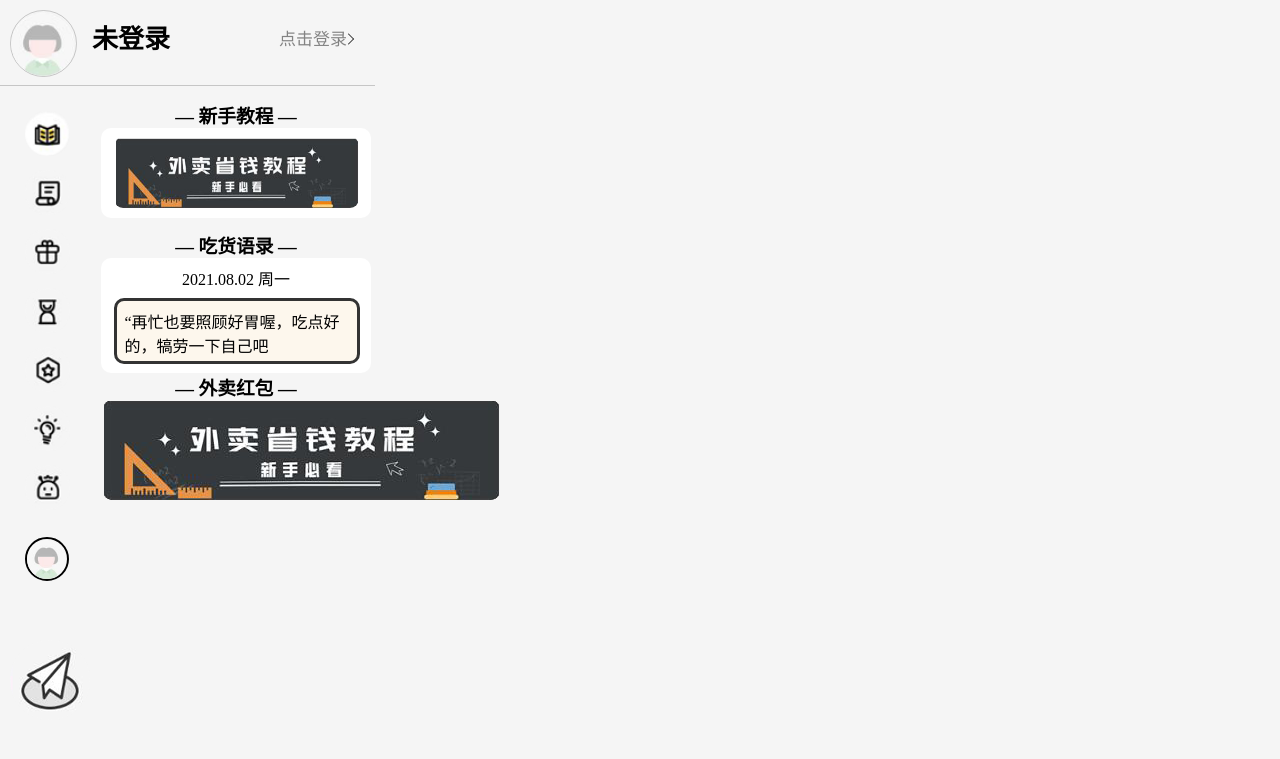
Repository: Privatexiao/projects
Page: Takeout assistant/index.html
These files come from the project's save history. The page is drawn as it stood at one moment and after the next save; the edit follows.
The browser window is 1280 px wide. The pictures show the whole page.

Above is the page before, as saved 2021-08-02 17:22:07.

### Takeout assistant/index.html
<!DOCTYPE html>
<html lang="en">
<head>
    <meta charset="UTF-8">
    <meta http-equiv="X-UA-Compatible" content="IE=edge">
    <meta name="viewport" content="width=device-width, initial-scale=1.0">
    <script src="js/vue.js" type="text/javascript"></script>
    <script src="js/require.js" type="text/javascript"></script>
    <link href="css/index.css"  rel="stylesheet" type="text/css">
    <title>Document</title>
</head>
<body>
    <div id="app">
        <div class="bar">
            <div class="HeadPortrait"><a href="javaScript:"><img :src="userInfo.avatar"></div><span class="NoHeadPortrait">{{NoHeadPortrait}}</span></a>
            <div class="TheLogin">
                <a href="javaScript:">{{HeadPortrait}}<img src="img/Put It away.png"></a>
            </div>
        </div>
        <div class="LeftBar">
            <ul>
                <!-- <li v-for="(item, index) of list"
                    :key="index"
                    :class="{active:index == num}"
                    @click="addClassName(index)"
        >

        <img v-show="num!=index" :class="item.icon" src="img/新手教程.png"></img>
        <img v-show="num==index" :class="item.active" src="img/新手教程two.png"></img>

        <img v-show="num!=index" :class="item.icon" src="img/吃货语录.png"></img>
        <img v-show="num==index" :class="item.active" src="img/吃货语录two.png"></img>

        <img v-show="num!=index" :class="item.icon" src="img/外卖红包.png"></img>
        <img v-show="num==index" :class="item.active" src="img/外卖红包two.png"></img>

        <img v-show="num!=index" :class="item.icon" src="img/饭补活动.png"></img>
        <img v-show="num==index" :class="item.active" src="img/饭补活动two.png"></img>

        <img v-show="num!=index" :class="item.icon" src="img/大作战.png"></img>
        <img v-show="num==index" :class="item.active" src="img/大作战two.png"></img>

        <img v-show="num!=index" :class="item.icon" src="img/今天吃什么.png"></img>
        <img v-show="num==index" :class="item.active" src="img/今天吃什么two.png"></img>

                </li> -->
                <li><a href="#top1"><img src="img/新手教程two.png"></a></li>
                <li><a href="#top2"><img src="img/吃货语录.png"></a></li>
                <li><a href="#top3"><img src="img/外卖红包.png"></a></li>
                <li><a href="#top4"><img src="img/饭补活动.png"></a></li>
                <li><a href="#top5"><img src="img/大作战.png"></a></li>
                <li><a href="#top6"><img src="img/今天吃什么.png"></a></li>
                <li><a href="#top7"><img src="img/客服微信.png"></a></li>
                <li class="fot1"><a href="#top8"><img src="img/头像.png"></a></li>
                <li class="fot2"><a href="#top9"><img src="img/小飞机.png"></a></li>
            </ul>
        </div>

        <div class="TheTutorial"><a name="top1">
            <h3>—&nbsp;新手教程&nbsp;—</h3>
            <div class="xsjc_bj"><img src="img/新手教程nr.png"></div>
        </a></div>

        <div class="VersionQuotation"><a name="top2">
            <h3>—&nbsp;吃货语录&nbsp;—</h3>
            <div class="chyl_bj">
                <p>2021.08.02&nbsp;周一</p>
                <div class="chyl_nr">
                    <p>“再忙也要照顾好胃喔，吃点好的，犒劳一下自己吧</p>
                </div>
        </a></div>

        <div class="take_out"><a name="top3">
            <h3>—&nbsp;外卖红包&nbsp;—</h3>
            <div class="wmhb_bj">
                <img src="img/新手教程nr.png"></div>
        </a></div>
    </div>



    <script>
        let app = new Vue({
            el:'#app',
            data:{
                NoHeadPortrait:"未登录",
                HeadPortrait:"点击登录",
                userInfo:{
                    avatar:'img/头像.png'
                },

    //     list: [
    //     {
    //       icon: "iconfont icon-wode",  //原始显示的图标
    //       active: "iconfont icon-shouye", //点击之后要显示的图标
    //     },
    //     {
    //     icon: "iconfont icon-icon",
    //     active: "iconfont icon-gouwuche",
    //     },
    //     {
    //     icon: "iconfont icon-gouwuche",
    //     active: "iconfont icon-icon",
    //     },
    //     {
    //     icon: "iconfont icon-wode",
    //     active: "iconfont icon-shouye",
    //     }
    // ],
    // num: 0,
    // tabName: ""
    // },
    // methods: {
    // addClassName: function(index) {
    //     console.log(index);
    //     this.num = index;
    // }

            }
        })
    </script>
</body>
</html>

### Takeout assistant/css/index.css
/* 全局配置 */
body{
    width: 375px;
    height: 667px;
    min-width: 375px;
    background-color: rgb(245,245,245);
}
a{
    text-decoration: none;
    color: black;
}
*{
    padding: 0;
    margin: 0;
}
ul,ol{
    list-style: none;
}

/* 上面状态栏 */
.bar {
    width: 100%;
    height: 85px;
    float: left;
    border-bottom: 1px solid rgba(136, 136, 136, 0.438);
}
/* 头像 */
.bar .HeadPortrait img{
    margin: 10px 0 0 10px;
    float: left;
    width: 65px;
    height: 65px;
    border: 1px solid rgba(136, 136, 136, 0.438);
    border-radius: 50%;
}
/* 未登录 */
.bar .NoHeadPortrait{
    float: left;
    font-size: 26px;
    font-weight:bold;
    line-height: 80px;
    margin-left: 15px;
}
/* 点击登录 */
.bar .TheLogin a{
    float: right;
    line-height: 80px;
    font-size: 17px;
    margin-right: 20px;
    color: rgba(114, 114, 114, 0.87);
}

/* 左边图标状态栏 */
.LeftBar{
    margin: 15px 0 15px 15px;
    float: left;
}
.LeftBar ul li{
    margin: 10px 0 10px 10px;
    cursor: pointer;
}
.LeftBar ul li img{
    width: 45px;
    height: 45px;
}
.LeftBar ul .fot1 img{
    width: 40px;
    height: 40px;
    border: 2px solid black;
    border-radius: 50%;
    margin-top: 13px;
}
.LeftBar ul .fot2 img{
    width: 80px;
    height: 80px;
    margin: 45px 10px 10px -15px;
}


/* 新手教程 */
.TheTutorial{
    float: left;
    margin: 15px 1px 10px 1px;
    width: 270px;
    height: 90px;
}
/* 新手教程背景白色图片 */
.TheTutorial .xsjc_bj{
    background-color: white;
    width: 270px;
    height: 90px;
    text-align: center;
    border-radius: 10px;
}
/* 新手教程标题 */
.TheTutorial h3,
.VersionQuotation h3,
.take_out h3{
    text-align: center;
}
/* 新手教程内容图片 */
.TheTutorial .xsjc_bj img{
    padding-top: 10px;
    width: 245px;
    height: 70px;
    border-radius: 9px;
}

/* 吃货语录 */
.VersionQuotation{
    float: left;
    margin: 30px 1px 10px 1px;
    width: 270px;
    height: 90px;
}
.VersionQuotation p{
    text-align: center;
    padding: 8px;
}
.VersionQuotation .chyl_bj{
    background-color: white;
    width: 270px;
    height: 115px;
    text-align: center;
    border-radius: 10px;
}
.VersionQuotation .chyl_nr{
    background-color: rgb(253,247,237);
    width: 240px;
    height: 60px;
    border-radius: 10px;
    border: 3px solid rgb(51,51,51);
    margin-left: 12.5px;
}
.VersionQuotation .chyl_nr p{
    text-align: left;
}

Loaded but not shown: Takeout assistant/js/vue.js (library); Takeout assistant/js/require.js (2145 lines, source omitted)

After the next save:
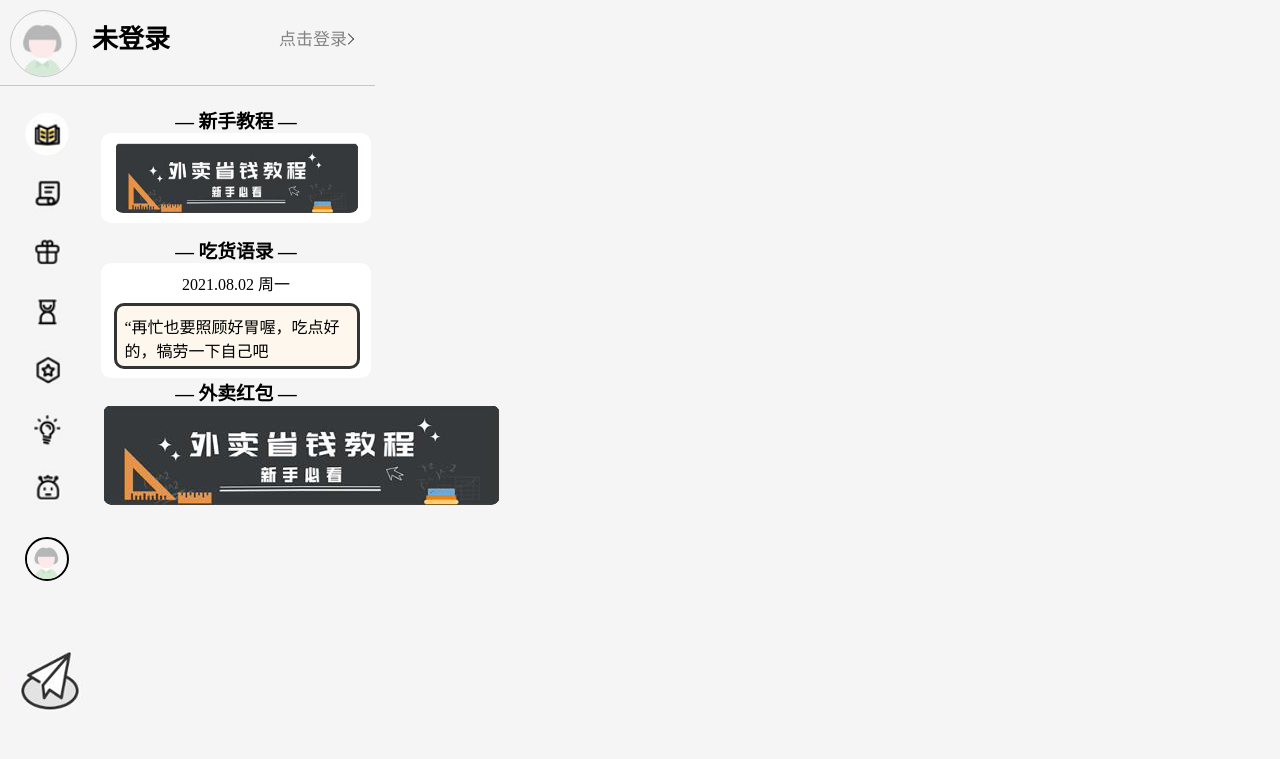
Saved 11 s later.
--- a/Takeout assistant/css/index.css
+++ b/Takeout assistant/css/index.css
@@ -80,7 +80,7 @@ ul,ol{
 /* 新手教程 */
 .TheTutorial{
     float: left;
-    margin: 15px 1px 10px 1px;
+    margin: 20px 1px 10px 1px;
     width: 270px;
     height: 90px;
 }
